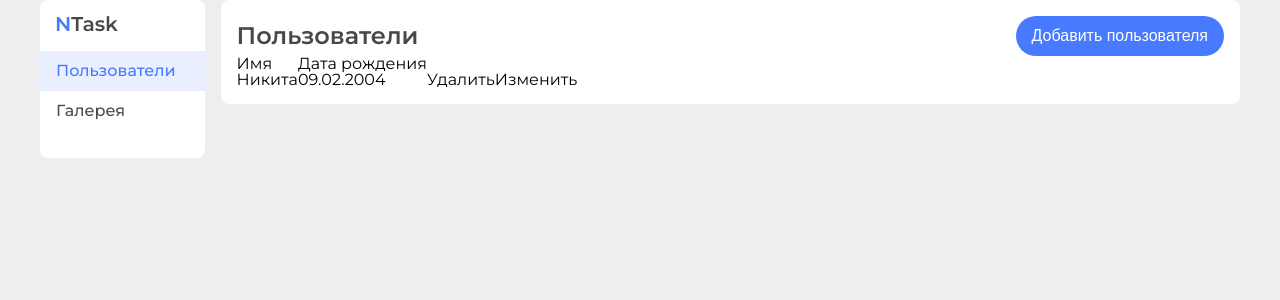
Repository: Grid-Master/NTask
Page: /
These files come from the project's save history. The page is drawn as it stood at one moment and after the next save; the edit follows.
The browser window is 1280 px wide. The pictures show the whole page.
The project was rebuilt for these pictures with package versions that can differ from the ones it lists, and the page was loaded fresh each time.

Above is the page before, as saved 2023-06-04 19:24:15.

After the next save:
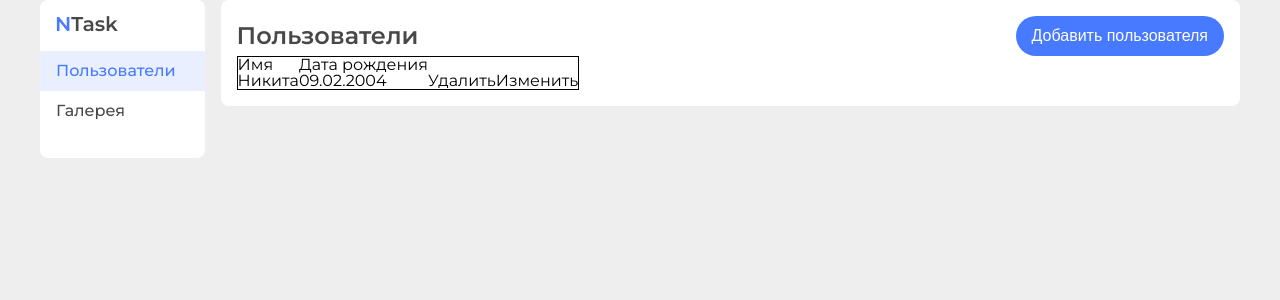
Saved 112 s later.
--- a/src/components/userList/userList.sass
+++ b/src/components/userList/userList.sass
@@ -26,3 +26,5 @@
         transition: .3s
         &:hover
             opacity: .8
+    &__table
+        border: 1px solid
